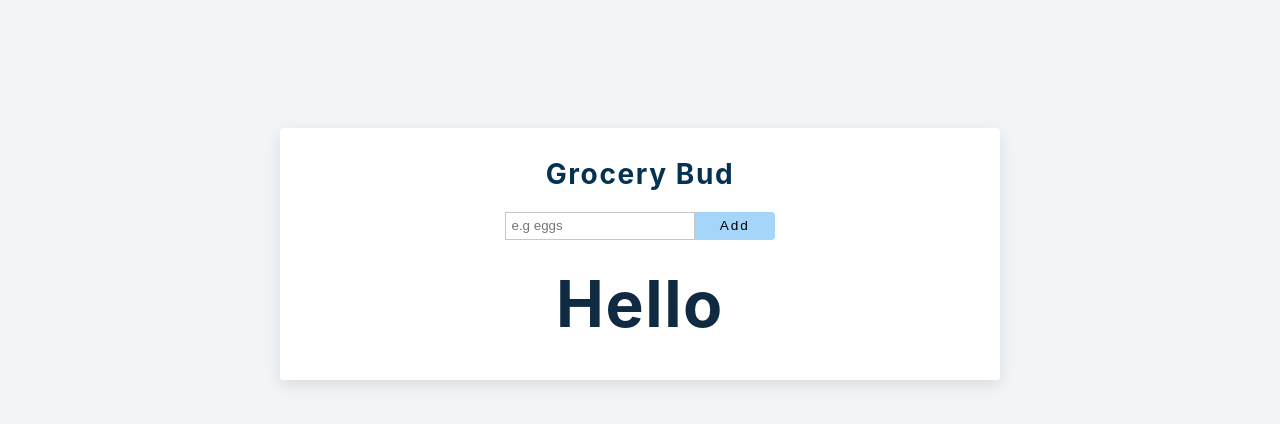
Repository: NavidJalilian/react-projects
Page: / (app in groceryBud-project/)
An editor plug-in stored every save of this project. The page is shown before and after the next save, followed by the edit.
The browser window is 1280 px wide. The pictures show the whole page.
The project was rebuilt for these pictures with package versions that can differ from the ones it lists, and the page was loaded fresh each time. Also part of the build but not shown: groceryBud-project/src/Alert.js, groceryBud-project/src/Test.js.

Above is the page before, as saved 2022-04-29 00:03:47.

After the next save:
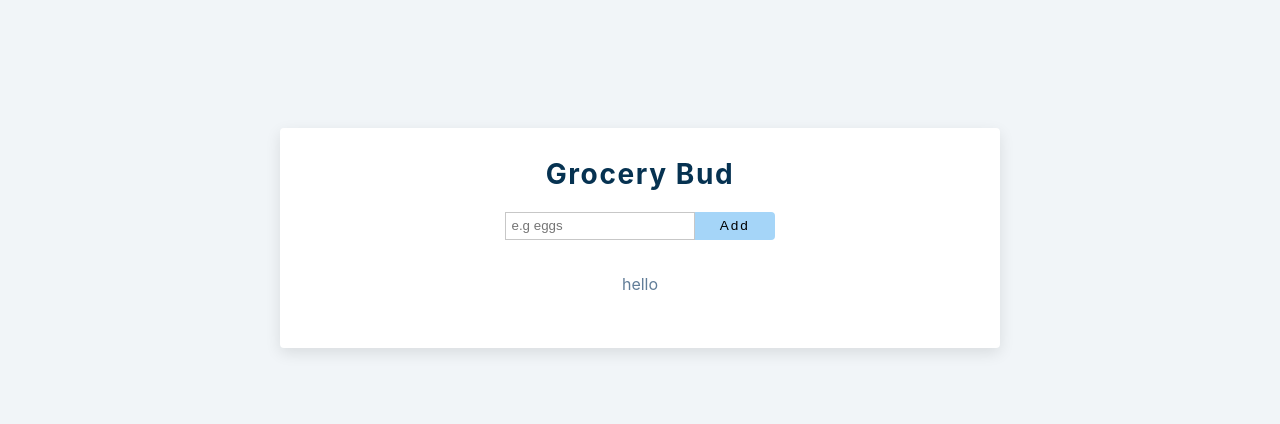
Saved 5 s later.
--- a/groceryBud-project/src/App.js
+++ b/groceryBud-project/src/App.js
@@ -98,7 +98,7 @@ function App() {
         </div>
       </form>
       <div className="grocery-container">
-        <h1 style={{ textAlign: "center" }}>hello</h1>
+        <p style={{ textAlign: "center" }}>hello</p>
         <List list={list} removeItem={removeItem} editItem={editItem} />
         {list.length > 0 && (
           <button className="clear-btn" onClick={clearList}>
